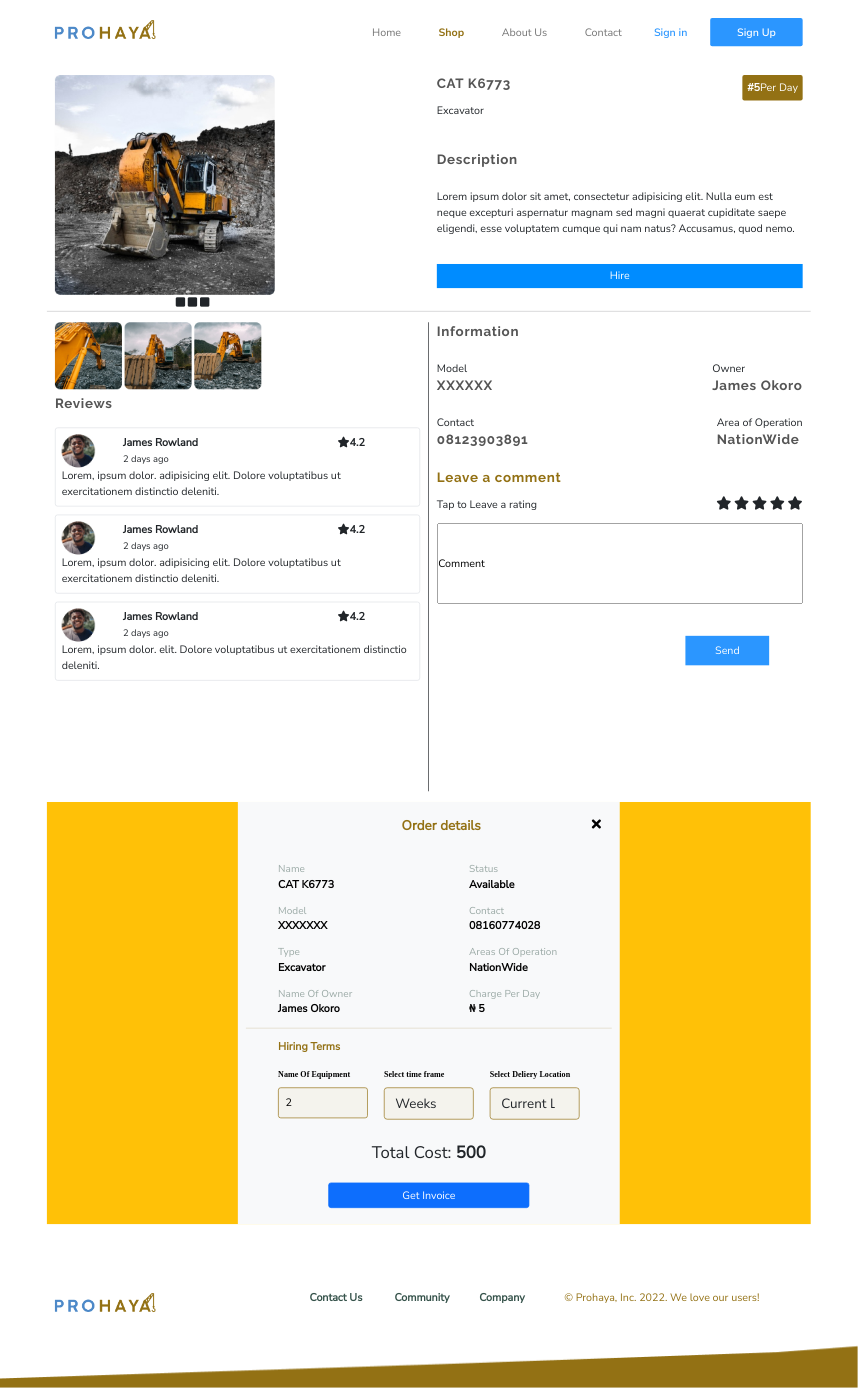
Repository: stormcelltech/Prohaya-UI
Page: equipdetails.html
An editor plug-in stored every save of this project. The page is shown before and after the next save, followed by the edit.
The browser window is 1280 px wide. The pictures show the whole page, at 67% of full size.
Some web libraries are served in a nearby version.

Above is the page before, as saved 2022-04-21 04:28:06.
Console error: TypeError: $(...).owlCarousel is not a function

### equipdetails.html
<!DOCTYPE html>
<html lang="en">
<head>
    <meta charset="UTF-8">
    <meta http-equiv="X-UA-Compatible" content="IE=edge">
    <meta name="viewport" content="width=device-width, initial-scale=1.0">
    <title>Equipment Details</title>
    <script src="./assets/js/jquery-3.6.0.js"></script>
    <script src="./assets/bootstrap/dist/js/bootstrap.bundle.js"></script>
    <link rel="stylesheet" href="assets/bootstrap/dist/css/bootstrap.css">
    <link rel="stylesheet" href="./assets/css/custom.css">
    <link rel="stylesheet" href="./assets/css/carousel.css">
    <script src="https://kit.fontawesome.com/151ccf5101.js" crossorigin="anonymous"></script>
    <link rel="stylesheet" href="assets/fontawesome/css/all.css">

</head>

<body>
    <nav class="navbar navbar-expand-lg navbar-light custom-navWidth bg-light">
        <div class="container">
            <a class="navbar-brand" href="#"><img src="assets/img/logo/logo.png" class="logo" alt=""></a>
            <button class="navbar-toggler" type="button" data-bs-toggle="collapse" data-bs-target="#navbarSupportedContent" aria-controls="navbarSupportedContent" aria-expanded="false" aria-label="Toggle navigation">
            <span class="navbar-toggler-icon"></span>
          </button>
            <div class="collapse navbar-collapse" id="navbarSupportedContent">
                <ul class="navbar-nav custom-nav-link ms-auto mb-2 mb-lg-0">
                    <li class="nav-item">
                        <a class="nav-link" aria-current="page" href="#">Home</a>
                    </li>
                    <li class="nav-item">
                        <a class="nav-link active custom-active" href="shop.html">Shop</a>
                    </li>

                    <li class="nav-item">
                        <a class="nav-link" href="#">About Us</a>
                    </li>

                    <li class="nav-item">
                        <a class="nav-link" href="#">Contact</a>
                    </li>
                </ul>
                <div class="custom-nav-btn-container">
                    <a href="login.html" class="signin-link">Sign in</a>
                    <a href="signup.html" class="custom-btn-primary">Sign Up</a>
                </div>
            </div>
        </div>
    </nav>




        <div class="equip-detail py-3">
           <div class="flexend"> <!--row-->
                <!-- <div class="spann">  -->
                   <!-- <img src="./assets/img/background/Vector.png" alt="">
                </div> -->

              <div class="equipmain "> <!--col col-md-8 col-sm-12 -->
                <div class="container">
                    <div class="row">
                         <div class="img-main col col-sm-12 col-md-6">
                             <img src="./assets/img/background/unsplash_1je5j4aN2RI.jpg">
                              <div class="dots">
                                <i class="fa-solid fa-square"></i>
                                <i class="fa-solid fa-square"></i>
                                <i class="fa-solid fa-square"></i>
                              </div>
                         </div>
                         <div class="col col-md-6 col-sm-12">
                            <div class="direct">
                                <div class="left">
                                    <h4><strong>CAT K6773</strong></h4>
                                    <p>Excavator</p>
                                </div>
                                <div class="right">
                                      <button class="mybtn" style="color: white;"><strong>#5</strong>Per Day</button>
                                </div>
                            </div>
                            <div class="text-area py-3">
                                <h4 class="py-3"><strong>Description</strong></h4>
                                <p class="pb-4">Lorem ipsum dolor sit amet, consectetur adipisicing elit.
                                   Nulla eum est neque excepturi aspernatur magnam sed magni
                                   quaerat cupiditate saepe eligendi, esse voluptatem cumque
                                   qui nam natus? Accusamus, quod nemo.</p>
                                   <div class="mybtn">Hire</div>
                            </div>
                         </div>
                    </div>
                    <div class="two">


                        <div class="row flex">
                            <hr>
                            <div class="left col col-md-6 col-sm-12">
                               <img src="./assets/img/background/unsplash_fO58WAxzE68.jpg" alt="">
                               <img src="./assets/img/background/unsplash_hGncIpZnSBw.jpg" alt="">
                               <img src="./assets/img/background/unsplash_WoZs8gGyQBY.jpg" alt="">
                               <h4 class="py-2"><strong>Reviews</strong></h4>
                               <div class="border">
                                   <div class="row ">
                                       <div class="col col-md-2 col-sm-12"><img src="./assets/img/background/unsplash_2EGNqazbAMk.jpg" alt="" style="width:50px ;"></div>
                                       <div class="col col-md-7 col-sm-12"><strong>James Rowland</strong><br><span class="primary"><small>2 days ago</small></span></div>
                                       <div class="col col-md-3 col-sm-12"><i class="fa-solid fa-star"></i><strong>4.2</strong></div>
                                   </div>
                                    Lorem, ipsum dolor. adipisicing elit. Dolore voluptatibus ut exercitationem distinctio deleniti.
                               </div>
                               <div class="border">
                                   <div class="row ">
                                       <div class="col col-md-2 col-sm-12"><img src="./assets/img/background/unsplash_2EGNqazbAMk.jpg" alt="" style="width:50px ;"></div>
                                       <div class="col col-md-7 col-sm-12"><strong>James Rowland</strong><br><span><small>2 days ago</small></span></div>
                                       <div class="col col-md-3 col-sm-12"><i class="fa-solid fa-star"></i><strong>4.2</strong></div>
                                   </div>
                                   Lorem, ipsum dolor. adipisicing elit. Dolore voluptatibus ut exercitationem distinctio deleniti.
                               </div>
                               <div class="border">
                                   <div class="row ">
                                       <div class="col col-md-2 col-sm-12"><img src="./assets/img/background/unsplash_2EGNqazbAMk.jpg" alt="" style="width:50px ;"></div>
                                       <div class="col col-md-7 col-sm-12"><strong>James Rowland</strong><br><span><small>2 days ago</small></span></div>
                                       <div class="col col-md-3 col-sm-12"><i class="fa-solid fa-star"></i><strong>4.2</strong></div>
                                   </div>
                                  Lorem, ipsum dolor. elit. Dolore voluptatibus ut exercitationem distinctio deleniti.
                               </div>
                            </div>

                            <div class="right col col-md-6 col-sm-12">
                                <h4><strong>Information</strong></h4>
                                <div class="flex-item pt-3">
                                    <div class="one">Model<h4><strong>XXXXXX</strong></h4></div>
                                    <div class="two">Owner<h4><strong>James Okoro</strong></h4></div>
                                </div>
                                <div class="flex-item pt-3">
                                    <div class="one">Contact<h4><strong>08123903891</strong></h4></div>
                                    <div class="two">Area of Operation<h4><strong>NationWide</strong></h4></div>
                                </div>
                                <h4 class="pt-3" style="color: #937114;"><strong>Leave a comment</strong></h4>
                                <div class="star-area">
                                    <div class="rate"><p>Tap to Leave a rating</p></div>
                                    <div class="rate">
                                        <i class="fa-solid fa-star"></i>
                                        <i class="fa-solid fa-star"></i>
                                        <i class="fa-solid fa-star"></i>
                                        <i class="fa-solid fa-star"></i>
                                        <i class="fa-solid fa-star"></i>
                                    </div>
                                </div>
                                <form class="equip-detail-form">
                                    <input type="text" id="fname" name="firstname" placeholder="Comment">
                                </form>
                                <button class="mybttn mt-5">Send</button>

                            </div>


                        </div>


                   </div>
                </div>

              </div>

                <!-- <div class="spa">
                    <img src="./assets/img/background/Vector.jpg" alt="">
                </div> -->
           </div>
        </div>






    <section class="">
        <div class="container bg-warning ">
            <div class="row bg-warning  justify-content-center">
                <div class="col-md-6 bg-light">
                    <div class="row  custom-order px-3">
                        <div class="col-8 my-4"><span class="custom-det my-4">Order details</span></div>
                        <div class="col-4 my-4"><a href="#"><i class="fas fa-xmark custom-xmark "></i></a></div>
                    </div>
                    <div class="row my-3">
                        <div class="col-6">
                            <div class="row px-5 text-start">
                                <span class="custom-name-span">Name</span>
                                <span class="custom-cat-span ">CAT K6773</span>
                            </div>
                        </div>
                        <div class="col-6">
                            <div class="row px-5 text-start">
                                <span class="custom-name-span">Status</span>
                                <span class="custom-cat-span">Available</span>
                            </div>
                        </div>
                    </div>
                    <div class="row my-3">
                        <div class="col-6">
                            <div class="row px-5 text-start">
                                <span class="custom-name-span">Model</span>
                                <span class="custom-cat-span">XXXXXXX</span>
                            </div>
                        </div>
                        <div class="col-6">
                            <div class="row px-5 text-start">
                                <span class="custom-name-span">Contact</span>
                                <span class="custom-cat-span">08160774028</span>
                            </div>
                        </div>
                    </div>
                    <div class="row my-3">
                        <div class="col-6">
                            <div class="row px-5 text-start">
                                <span class="custom-name-span">Type</span>
                                <span class="custom-cat-span">Excavator</span>
                            </div>
                        </div>
                        <div class="col-6">
                            <div class="row px-5 text-start">
                                <span class="custom-name-span">Areas Of Operation</span>
                                <span class="custom-cat-span">NationWide</span>
                            </div>
                        </div>
                    </div>
                    <div class="row my-3">
                        <div class="col-6">
                            <div class="row px-5 text-start">
                                <span class="custom-name-span">Name Of Owner</span>
                                <span class="custom-cat-span">James Okoro</span>
                            </div>
                        </div>
                        <div class="col-6">
                            <div class="row px-5 text-start">
                                <span class="custom-name-span">Charge Per Day</span>
                                <span class="custom-cat-span">₦ 5</span>
                            </div>
                        </div>
                    </div>

                    <div>
                        <hr class="custom-hr-color">
                    </div>
                    <div class="row my-3">
                        <div class="col-md-12">
                            <div class="row px-5 text-start">
                                <span class="custom-terms">Hiring Terms</span>
                            </div>
                        </div>
                    </div>
                    <form action="">
                        <div class="row my-3 px-5">
                            <div class="col-md-4">
                                <div class=" ">
                                    <label for="exampleFormControlInput1" class="form-label custom-entry">Name Of Equipment</label>
                                    <input type="text" class="form-control custom-deliver" id="exampleFormControlInput1" placeholder="2">
                                </div>
                            </div>
                            <div class="col-md-4">
                                <div class="">
                                    <label for="exampleFormControlInput1" class="form-label custom-entry">Select time frame</label>
                                    <select class="form-select custom-delivery form-select-lg mb-3" aria-label=".form-select-lg example">
                                        <option selected>Weeks</option>
                                        <option value="1">1</option>
                                        <option value="2">2</option>
                                        <option value="3">3</option>
                                      </select>
                                </div>
                            </div>
                            <div class="col-md-4">
                                <div class="">
                                    <label for="exampleFormControlInput1" class="form-label custom-entry">Select Deliery Location</label>
                                    <select class="form-select custom-delivery form-select-lg mb-3" aria-label=".form-select-lg example">
                                        <option selected>Current Location</option>
                                        <option value="1">Port Harcourt</option>
                                        <option value="2">Lagos</option>
                                        <option value="3">Abuja</option>
                                      </select>
                                </div>
                            </div>
                        </div>
                        <div class="row ">
                            <span class="text-center custom-cost">Total Cost: <strong>500</strong></span>
                        </div>
                        <div class="row custom-invoice-div my-4">
                            <button type="submit" class="btn btn-primary custom-invoice-btn">Get Invoice</button>
                        </div>
                    </form>



                </div>
            </div>
        </div>

    </section>




    <footer class="footer-settings">
        <div class="container">
            <div class="row mt-5">
                <div class="col-md-12">
                    <div class="row">
                        <div class="col-md-4">
                            <div class="logo-brand">
                                <img src="./assets/img/logo/logo.png" alt="">
                            </div>
                        </div>
                        <div class="col-md-4">
                            <div class="col-md-12">
                                <div class="row">
                                    <div class="col-md-4">
                                        <a href="#" class="footer-link">Contact Us</a>
                                    </div>
                                    <div class="col-md-4">
                                        <a href="#" class="footer-link">Community</a>
                                    </div>
                                    <div class="col-md-4">
                                        <a href="#" class="footer-link">Company</a>
                                    </div>
                                </div>
                            </div>
                        </div>
                        <div class="col-md-4">
                            <div class="footer-copyright">
                                © Prohaya, Inc. 2022. We love our users!
                            </div>
                        </div>
                    </div>
                </div>
            </div>


        </div>

    </footer>

    <div class="footer-cover">
    </div>









    <script src="./assets/js/slider.js"></script>

</body>
</html>

Loaded but not shown: assets/js/jquery-3.6.0.js (library); assets/bootstrap/dist/js/bootstrap.bundle.js (library); assets/bootstrap/dist/css/bootstrap.css (library); assets/fontawesome/css/all.css (library); assets/js/slider.js (95 lines, source omitted); assets/css/custom.css (1467 lines, source omitted); assets/css/carousel.css (558 lines, source omitted)

After the next save:
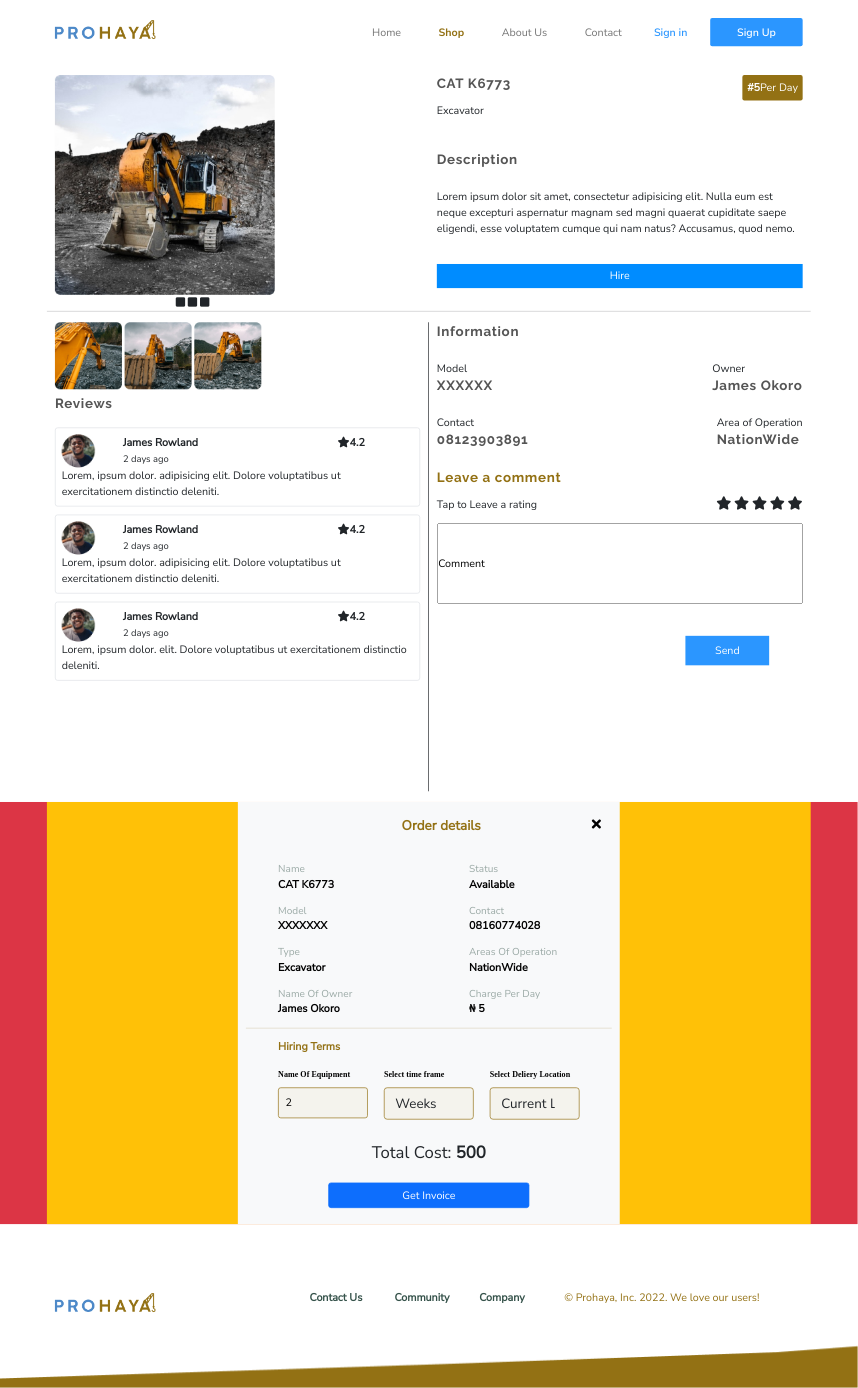
Saved 65 s later.
--- a/equipdetails.html
+++ b/equipdetails.html
@@ -171,7 +171,7 @@
 
 
 
-    <section class="">
+    <section class=" bg-danger">
         <div class="container bg-warning ">
             <div class="row bg-warning  justify-content-center">
                 <div class="col-md-6 bg-light">
